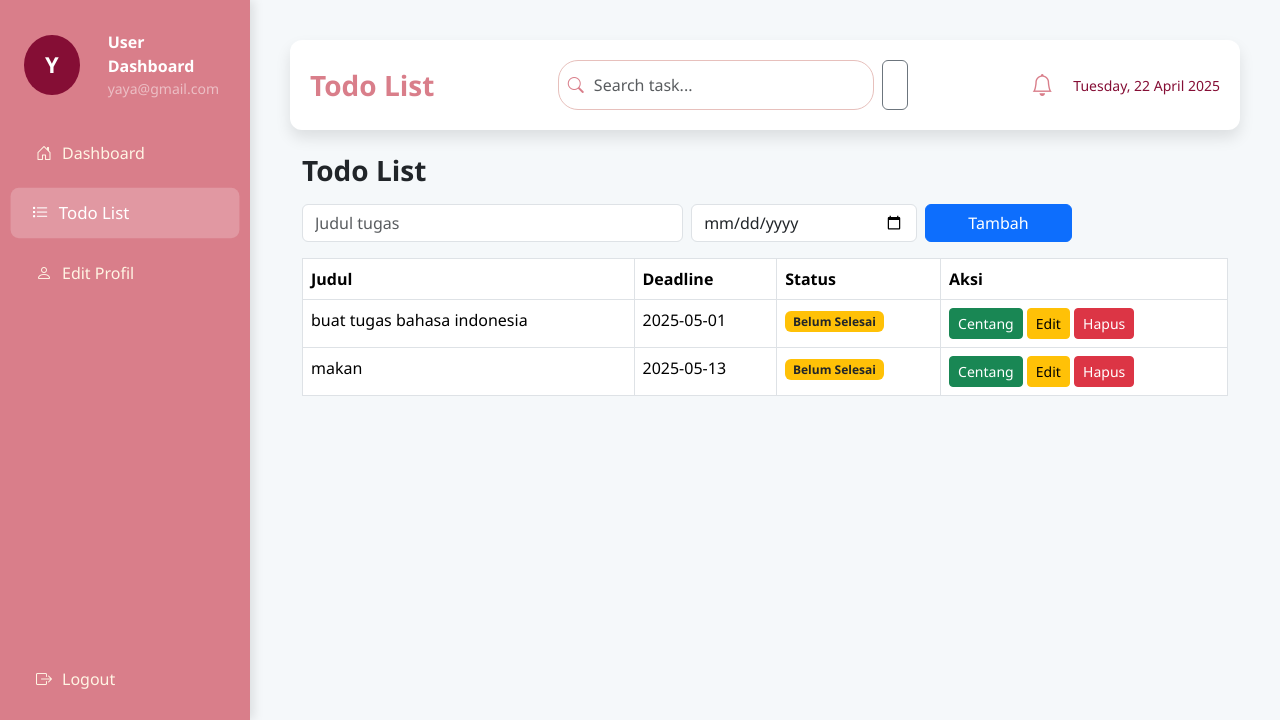
Repository: zhr-nabila/FloTime
Page: http://localhost/todo.php
An editor plug-in stored every save of this project. The page is shown before and after a run of saves, followed by the edit.
The browser window is 1280 px wide. The pictures show the whole page.
The page is run by PHP 8.4 with error messages shown; the project is at /var/www/html/. The session is filled in as if someone had signed in: {"email": "yaya@gmail.com", "status": "login", "user_id": 2}. The database holds what the project's SQL file puts in it.

Above is the page before, as saved 2025-04-22 17:27:41.

After the next 2 saves:
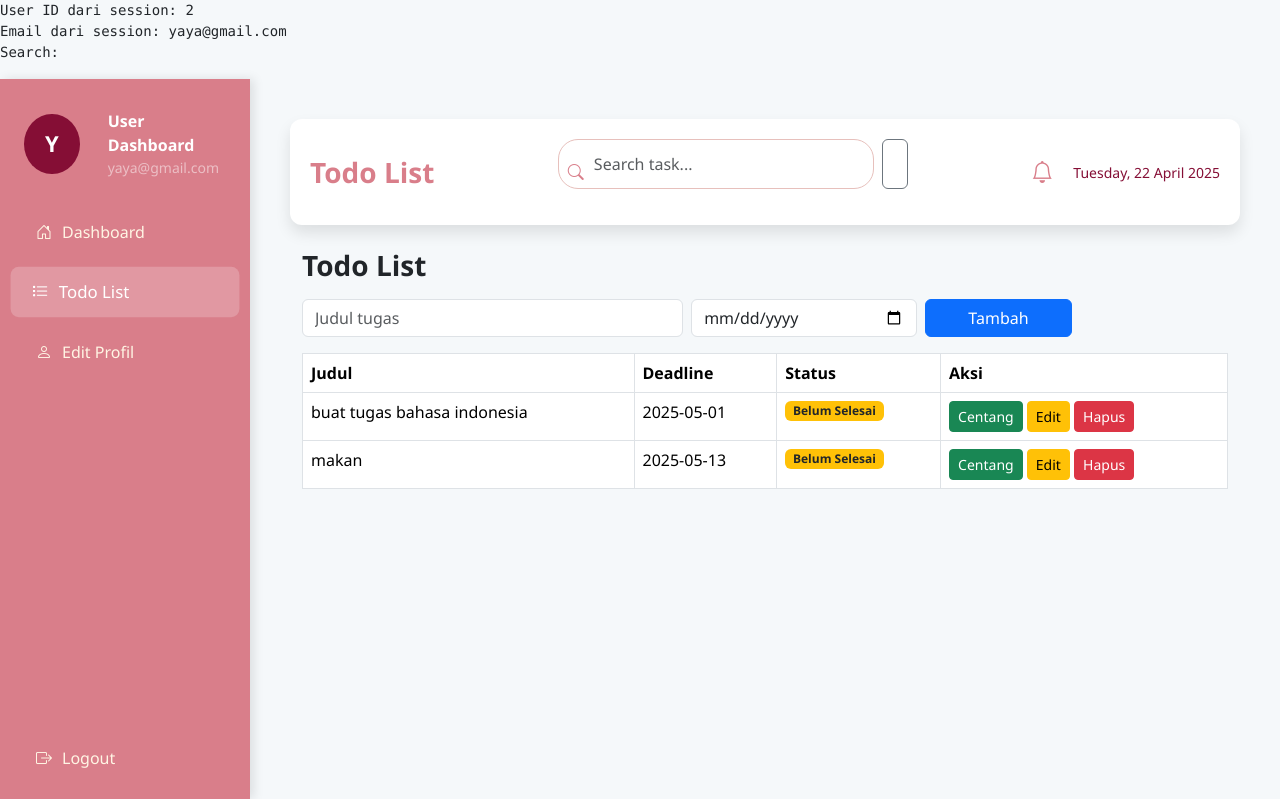
The 2 saves are shown as one change because they came seconds apart.
The last was saved 3 min 29 s later.
--- a/todo.php
+++ b/todo.php
@@ -11,6 +11,13 @@ if (!isset($_SESSION['status']) || $_SESSION['status'] != "login") {
 $user_id = $_SESSION['user_id'];
 $email = $_SESSION['email'];
 $search = $_GET['search'] ?? '';
+
+echo "<pre>";
+echo "User ID dari session: " . $_SESSION['user_id'] . "\n";
+echo "Email dari session: " . $_SESSION['email'] . "\n";
+echo "Search: $search\n";
+echo "</pre>";
+
 
 // Tambah Task
 if (isset($_POST['add_task'])) {
